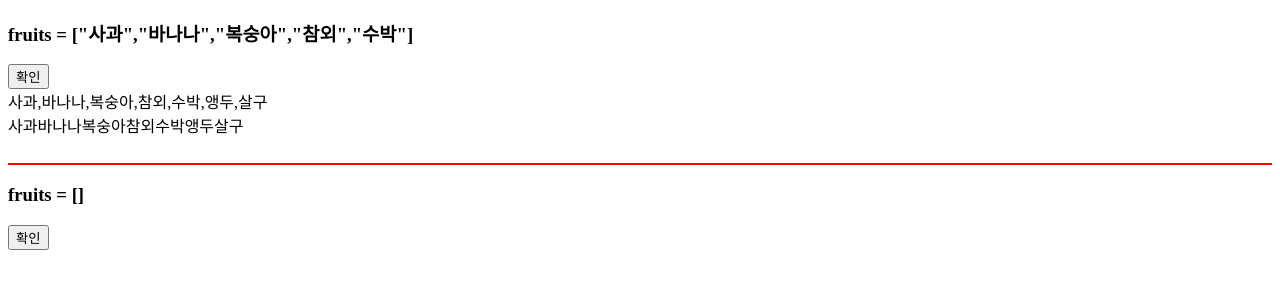
Repository: solsol7/ddit-html
Page: webpro/WebContent/0705/배열1.html
The author's editor kept a copy of each file at every save. The page is drawn from the files as they stood at one save, then again after the next save.
The browser window is 1280 px wide. The pictures show the whole page.
After loading, the first visible `input` was clicked once.

Above is the page before, as saved 2023-07-05 08:15:26.

After the next save:
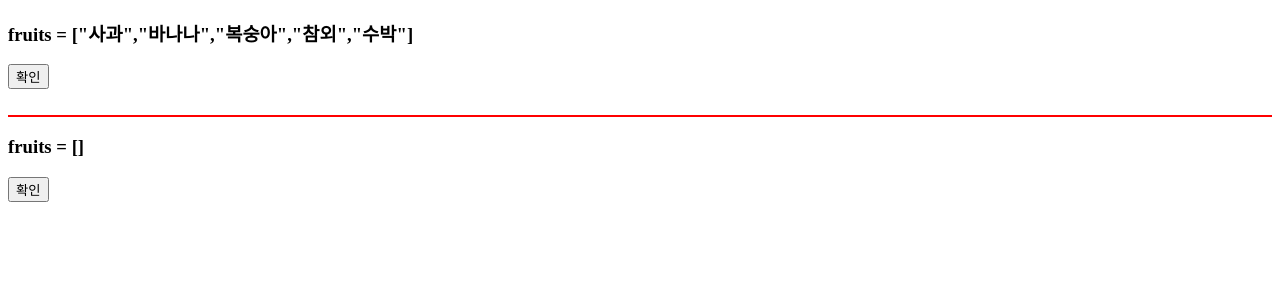
Console error: TypeError: Cannot set properties of null (setting 'innerHTML')
Saved 6 min 11 s later.
--- a/webpro/WebContent/0705/배열1.html
+++ b/webpro/WebContent/0705/배열1.html
@@ -5,40 +5,32 @@
 <title>Insert title here</title>
 <script>
 proc1 = function(){
-	fruits = ["사과","바나나","복숭아","참외","수박","앵두","살구"];
+	fruits1 = ["사과","바나나","복숭아","참외","수박","앵두","살구"];
 
 	arrPrint('result1');
 }
 
-arrPrint = (result) => {
-	document.getElementById(result).innerHTML = fruits +"<br>";
+arrPrint = (fr, result) => {
+	document.getElementById(result).innerHTML = fr +"<br>";
 
 	str="";
 
-	for(i=0; i<fruits.length; i++){
-		str += fruits[i]
+	for(i=0; i<fr.length; i++){
+		str += fr[i]
 	}
 
 	document.getElementById(result).innerHTML += str;
 }
 
 proc2 = () =>{
-	fruits = [];
+	fruits2 = [];
 
 	fruits[0] = "자두";
 	fruits[1] = "파인애플";
 	fruits[2] = "망고";
 	fruits[3] = "두리안";
 
-	document.getElementById('result2').innerHTML = fruits + "<br>";
-
-	str="";
-
-	for(i=0; i<fruits.length; i++){
-		str += fruits[i]
-	}
-
-	document.getElementById('result2').innerHTML += str;
+	arrPrint('result2');
 }
 </script>
 </head>

After the save that followed:
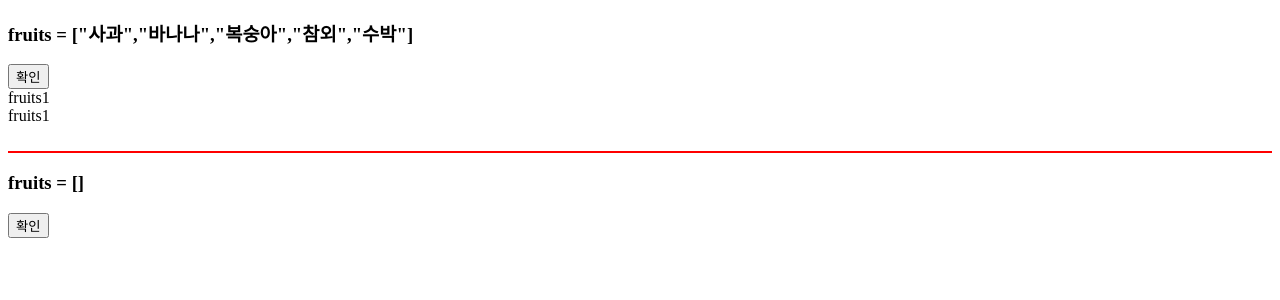
The error is gone.
Saved 29 s later.
--- a/webpro/WebContent/0705/배열1.html
+++ b/webpro/WebContent/0705/배열1.html
@@ -7,7 +7,7 @@
 proc1 = function(){
 	fruits1 = ["사과","바나나","복숭아","참외","수박","앵두","살구"];
 
-	arrPrint('result1');
+	arrPrint('fruits1','result1');
 }
 
 arrPrint = (fr, result) => {
@@ -30,7 +30,7 @@
 	fruits[2] = "망고";
 	fruits[3] = "두리안";
 
-	arrPrint('result2');
+	arrPrint('fruits2','result2');
 }
 </script>
 </head>
